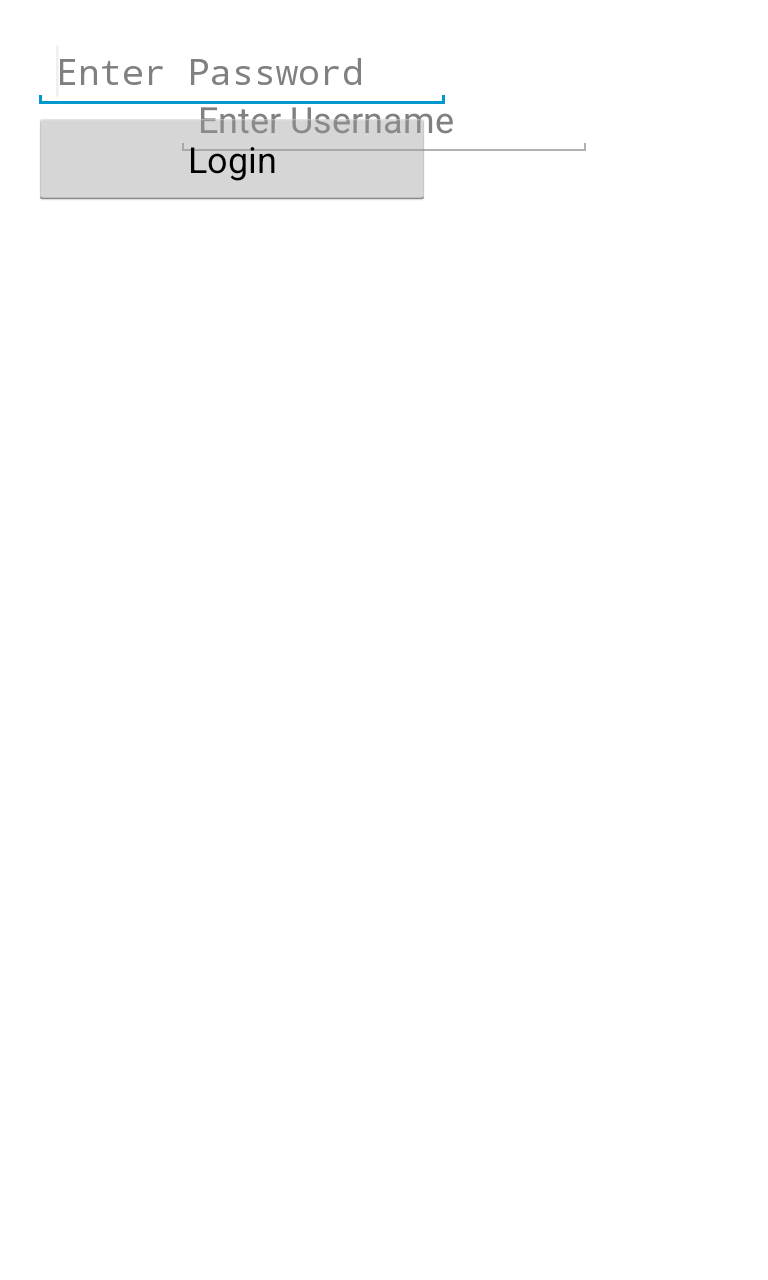
Repository: lethe13/AndroidProgramming
Layout: COMP304-Group1-MicroProject6/res/layout/activity_login.xml
These files come from the project's save history. The layout is drawn as it stood at one moment and after the next save; the edit follows.
It is drawn on a 768 x 1280 px phone screen (xhdpi) without system bars, with theme AppTheme; the app's code is not run.

Above is the layout before, as saved 2015-12-05 22:56:26.

### COMP304-Group1-MicroProject6/res/layout/activity_login.xml
<RelativeLayout xmlns:android="http://schemas.android.com/apk/res/android"
    xmlns:tools="http://schemas.android.com/tools"
    android:layout_width="match_parent"
    android:layout_height="match_parent"
    android:paddingBottom="@dimen/activity_vertical_margin"
    android:paddingLeft="@dimen/activity_horizontal_margin"
    android:paddingRight="@dimen/activity_horizontal_margin"
    android:paddingTop="@dimen/activity_vertical_margin"
    tools:context="com.example.comp304_group1_microproject5.LoginActivity" >

    <EditText
        android:id="@+id/user_name"
        android:layout_width="wrap_content"
        android:layout_height="wrap_content"
        android:layout_alignParentTop="true"
        android:layout_centerHorizontal="true"
        android:layout_marginTop="24dp"
        android:ems="10"
        android:hint="Enter Username"
        android:inputType="textPersonName" />

    <Button
        android:id="@+id/b_login"
        android:layout_width="200dp"
        android:layout_height="wrap_content"
        android:layout_alignLeft="@+id/editText1"
        android:layout_below="@+id/user_pass"
        android:text="Login" />

    <EditText
        android:id="@+id/user_pass"
        android:layout_width="wrap_content"
        android:layout_height="wrap_content"
        android:layout_alignLeft="@+id/b_login"
        android:layout_below="@+id/editText1"
        android:ems="10"
        android:hint="Enter Password"
        android:inputType="textPassword" >

        <requestFocus />
    </EditText>

</RelativeLayout>

Loaded but not shown: COMP304-Group1-MicroProject6/res/values/styles.xml (common file); COMP304-Group1-MicroProject6/res/values-v11/styles.xml (common file); COMP304-Group1-MicroProject6/res/values-v14/styles.xml (common file); COMP304-Group1-MicroProject6/res/values/dimens.xml (common file); COMP304-Group1-MicroProject6/res/values-w820dp/dimens.xml (common file)

After the next save:
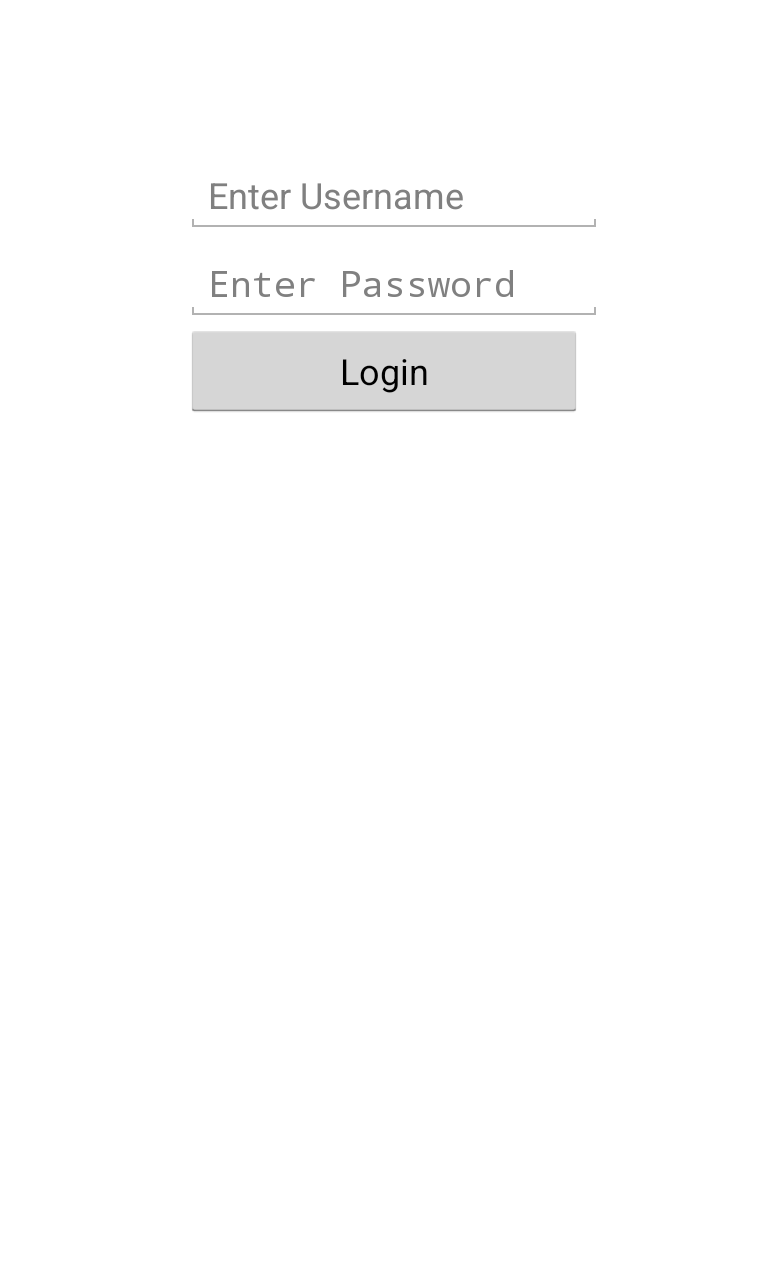
Saved 2 min 6 s later.
--- a/COMP304-Group1-MicroProject6/res/layout/activity_login.xml
+++ b/COMP304-Group1-MicroProject6/res/layout/activity_login.xml
@@ -6,38 +6,36 @@
     android:paddingLeft="@dimen/activity_horizontal_margin"
     android:paddingRight="@dimen/activity_horizontal_margin"
     android:paddingTop="@dimen/activity_vertical_margin"
-    tools:context="com.example.comp304_group1_microproject5.LoginActivity" >
+    tools:context="com.example.comp304_group1_microproject6.LoginActivity" >
+
+    <EditText
+        android:id="@+id/user_pass"
+        android:layout_width="wrap_content"
+        android:layout_height="wrap_content"
+        android:layout_alignLeft="@+id/user_name"
+        android:layout_alignParentTop="true"
+        android:layout_marginTop="106dp"
+        android:ems="10"
+        android:hint="Enter Password"
+        android:inputType="textPassword" />
+
+    <Button
+        android:id="@+id/b_login"
+        android:layout_width="200dp"
+        android:layout_height="wrap_content"
+        android:layout_below="@+id/user_name"
+        android:layout_centerHorizontal="true"
+        android:text="Login" />
 
     <EditText
         android:id="@+id/user_name"
         android:layout_width="wrap_content"
         android:layout_height="wrap_content"
-        android:layout_alignParentTop="true"
-        android:layout_centerHorizontal="true"
-        android:layout_marginTop="24dp"
+        android:layout_alignBottom="@+id/user_pass"
+        android:layout_alignLeft="@+id/b_login"
+        android:layout_marginBottom="44dp"
         android:ems="10"
         android:hint="Enter Username"
         android:inputType="textPersonName" />
 
-    <Button
-        android:id="@+id/b_login"
-        android:layout_width="200dp"
-        android:layout_height="wrap_content"
-        android:layout_alignLeft="@+id/editText1"
-        android:layout_below="@+id/user_pass"
-        android:text="Login" />
-
-    <EditText
-        android:id="@+id/user_pass"
-        android:layout_width="wrap_content"
-        android:layout_height="wrap_content"
-        android:layout_alignLeft="@+id/b_login"
-        android:layout_below="@+id/editText1"
-        android:ems="10"
-        android:hint="Enter Password"
-        android:inputType="textPassword" >
-
-        <requestFocus />
-    </EditText>
-
 </RelativeLayout>
